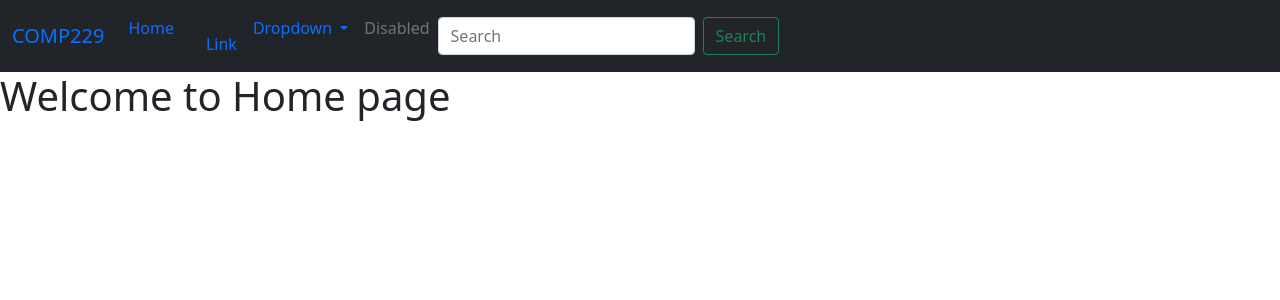
Repository: kiruriluap/COMP229-M2022-Labs
Page: http://localhost/
These files come from the project's save history. The page is drawn as it stood at one moment and after a run of saves; the edit follows.
The browser window is 1280 px wide. The pictures show the whole page.
The page is served by the project's Node server (server.js). Other server files are loaded and not shown.

Above is the page before, as saved 2022-05-28 17:23:37.

### week3-6 Partials - Copy - Copy/views/index.ejs
<!DOCTYPE html>
<html lang="en">
<head>
  <meta charset="UTF-8">
  <meta http-equiv="X-UA-Compatible" content="IE=edge">
  <meta name="viewport" content="width=device-width, initial-scale=1.0">
  <title><%= title %></title>
<!-- CSS Section -->
<link rel="stylesheet" href="/bootstrap/dist/css/bootstrap.min.css">
<link rel="stylesheet" href="/@fortawesome/fontawesome-free/css/all.min.css">
  <link rel='stylesheet' href='/content/app.css' />
</head>
<body>
  <!-- Main Navigator -->
  <nav class="navbar navbar-expand-lg bg-dark">
    <div class="container-fluid">
      <a class="navbar-brand" href="#">COMP229</a>
      <button class="navbar-toggler" type="button" data-bs-toggle="collapse" data-bs-target="#navbarSupportedContent" aria-controls="navbarSupportedContent" aria-expanded="false" aria-label="Toggle navigation">
        <span class="navbar-toggler-icon"></span>
      </button>

      <div class="collapse navbar-collapse" id="navbarSupportedContent">
        <ul class="navbar-nav mr-auto mb-2 mb-lg-0">
          <li class="nav-item active">
            <a class="nav-link active" href="#">Home <class="aria-current="page" </a>
          </li>
          <li class="nav-item">
            <a class="nav-link" href="#">Link</a>
          </li>
          <li class="nav-item dropdown">
            <a class="nav-link dropdown-toggle" href="#" id="navbarDropdown" role="button" data-bs-toggle="dropdown" aria-expanded="false">
              Dropdown
            </a>
            <ul class="dropdown-menu" aria-labelledby="navbarDropdown">
              <li><a class="dropdown-item" href="#">Action</a></li>
              <li><a class="dropdown-item" href="#">Another action</a></li>
              <li><hr class="dropdown-divider"></li>
              <li><a class="dropdown-item" href="#">Something else here</a></li>
            </ul>
          </li>
          <li class="nav-item">
            <a class="nav-link disabled">Disabled</a>
          </li>
        </ul>
        <form class="d-flex" role="search">
          <input class="form-control me-2" type="search" placeholder="Search" aria-label="Search">
          <button class="btn btn-outline-success" type="submit">Search</button>
        </form>
      </div>
    </div>
  </nav>
  <h1>Welcome to <%= title %> page</h1>


<!-- Script Section -->
<script src="/jquery/dist/jquery.min.js"></script>
<script src="/bootstrap/dist/js/bootstrap.min.js"></script>
    <script src="/Scripts/app.js"></script>
</body>
</html>

### week3-6 Partials - Copy - Copy/server.js
#!/usr/bin/env node

/**
 * Module dependencies.
 */

var app = require('./app');
var debug = require('debug')('week3-2:server');
var http = require('http');

/**
 * Get port from environment and store in Express.
 */

var port = normalizePort(process.env.PORT || '3000');
app.set('port', port);

/**
 * Create HTTP server.
 */

var server = http.createServer(app);

/**
 * Listen on provided port, on all network interfaces.
 */

server.listen(port);
server.on('error', onError);
server.on('listening', onListening);

/**
 * Normalize a port into a number, string, or false.
 */

function normalizePort(val) {
  var port = parseInt(val, 10);

  if (isNaN(port)) {
    // named pipe
    return val;
  }

  if (port >= 0) {
    // port number
    return port;
  }

  return false;
}

/**
 * Event listener for HTTP server "error" event.
 */

function onError(error) {
  if (error.syscall !== 'listen') {
    throw error;
  }

  var bind = typeof port === 'string'
    ? 'Pipe ' + port
    : 'Port ' + port;

  // handle specific listen errors with friendly messages
  switch (error.code) {
    case 'EACCES':
      console.error(bind + ' requires elevated privileges');
      process.exit(1);
      break;
    case 'EADDRINUSE':
      console.error(bind + ' is already in use');
      process.exit(1);
      break;
    default:
      throw error;
  }
}

/**
 * Event listener for HTTP server "listening" event.
 */

function onListening() {
  var addr = server.address();
  var bind = typeof addr === 'string'
    ? 'pipe ' + addr
    : 'port ' + addr.port;
  debug('Listening on ' + bind);
}

### week3-6 Partials - Copy - Copy/routes/index.js
var express = require('express');
var router = express.Router();

/* GET Home page. */
router.get('/', function(req, res, next) {
  res.render('index', { title: 'Home' });
});

/* GET Home page. */
router.get('/home', function(req, res, next) {
  res.render('index', { title: 'Home' });
});

/* GET About Me page. */
router.get('/about', function(req, res, next) {
  res.render('index', { title: 'About' });
});

/* GET Projects page. */
router.get('/projects', function(req, res, next) {
  res.render('index', { title: 'Projects' });
});

/* GET Services page. */
router.get('/services', function(req, res, next) {
  res.render('index', { title: 'Services' });
});

/* GET Contact page. */
router.get('/Contact', function(req, res, next) {
  res.render('index', { title: 'Contact' });
});

module.exports = router;

### week3-6 Partials - Copy - Copy/app.js
//installed 3rd party packages
let createError = require('http-errors');
let express = require('express');
let path = require('path');
let cookieParser = require('cookie-parser');
let logger = require('morgan');

let indexRouter = require('./routes/index');
let usersRouter = require('./routes/users');

let app = express();

// view engine setup
app.set('views', path.join(__dirname, 'views'));
app.set('view engine', 'ejs');//express -e

app.use(logger('dev'));
app.use(express.json());
app.use(express.urlencoded({ extended: false }));
app.use(cookieParser());
app.use(express.static(path.join(__dirname, 'public')));
app.use(express.static(path.join(__dirname, 'node_modules')));

app.use('/', indexRouter);
app.use('/users', usersRouter);

// catch 404 and forward to error handler
app.use(function(req, res, next) {
  next(createError(404));
});

// error handler
app.use(function(err, req, res, next) {
  // set locals, only providing error in development
  res.locals.message = err.message;
  res.locals.error = req.app.get('env') === 'development' ? err : {};

  // render the error page
  res.status(err.status || 500);
  res.render('error');
});

module.exports = app;

### week3-6 Partials - Copy - Copy/public/Scripts/app.js
//IIFE --Immedistely involved function expression
(function(){

function start()
{
console.log("App started........");
}

window.addEventListener("load", start);

})();

### week3-6 Partials - Copy - Copy/public/Content/app.css
/* custom css goes here */

After the next 4 saves:
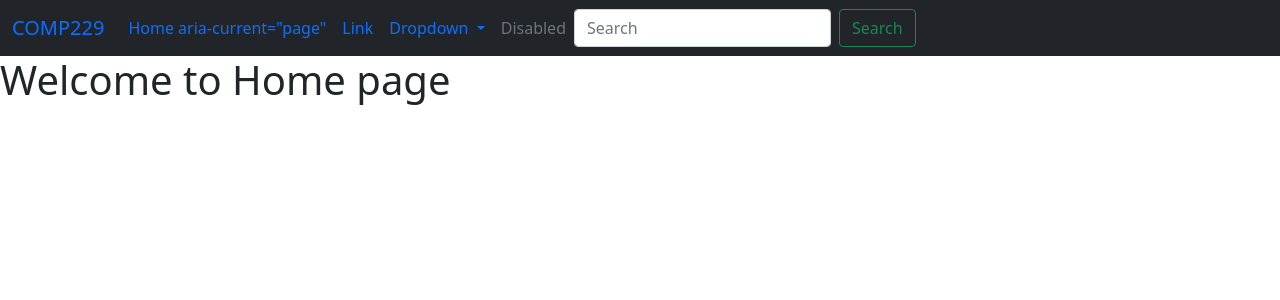
The 4 saves are shown as one change because they came seconds apart.
The last was saved 12 s later.
--- a/week3-6 Partials - Copy - Copy/views/index.ejs
+++ b/week3-6 Partials - Copy - Copy/views/index.ejs
@@ -22,7 +22,7 @@
       <div class="collapse navbar-collapse" id="navbarSupportedContent">
         <ul class="navbar-nav mr-auto mb-2 mb-lg-0">
           <li class="nav-item active">
-            <a class="nav-link active" href="#">Home <class="aria-current="page" </a>
+            <a class="nav-link active" href="#">Home <class="sr-only"></class>aria-current="page" </a>
           </li>
           <li class="nav-item">
             <a class="nav-link" href="#">Link</a>
